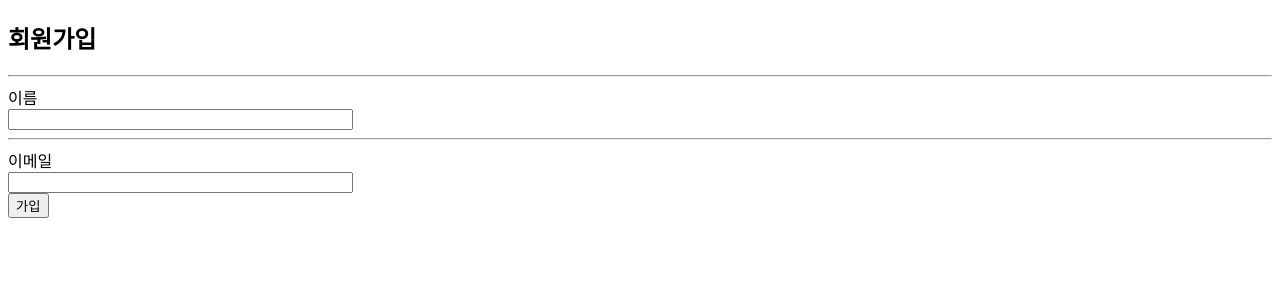
Repository: Hiron-Musk/JSP_ex
Page: jwbook/src/main/webapp/ch03/reform.html
These files come from the project's save history. The page is drawn as it stood at one moment and after the next save; the edit follows.
The browser window is 1280 px wide. The pictures show the whole page.

Above is the page before, as saved 2024-03-08 05:27:13.

After the next save:
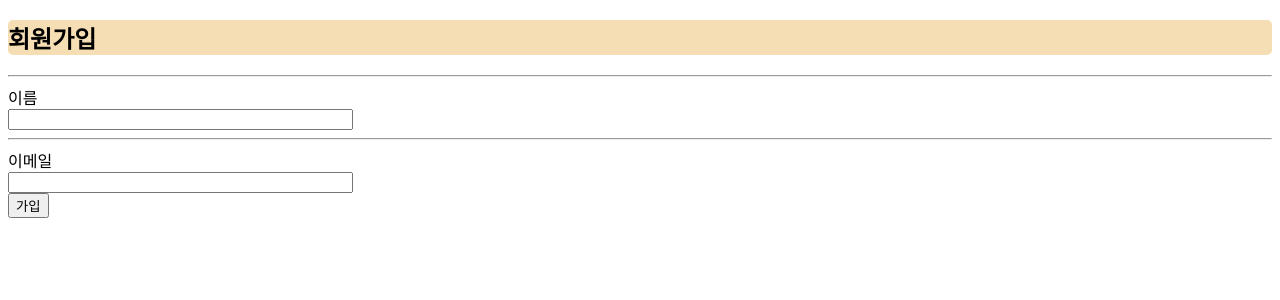
Saved 17 s later.
--- a/jwbook/src/main/webapp/ch03/reform.html
+++ b/jwbook/src/main/webapp/ch03/reform.html
@@ -6,6 +6,7 @@
 		<style>
 			h2{
 				border-radius: 5px;
+				background-color: wheat;
 			}
 
 		</style>
